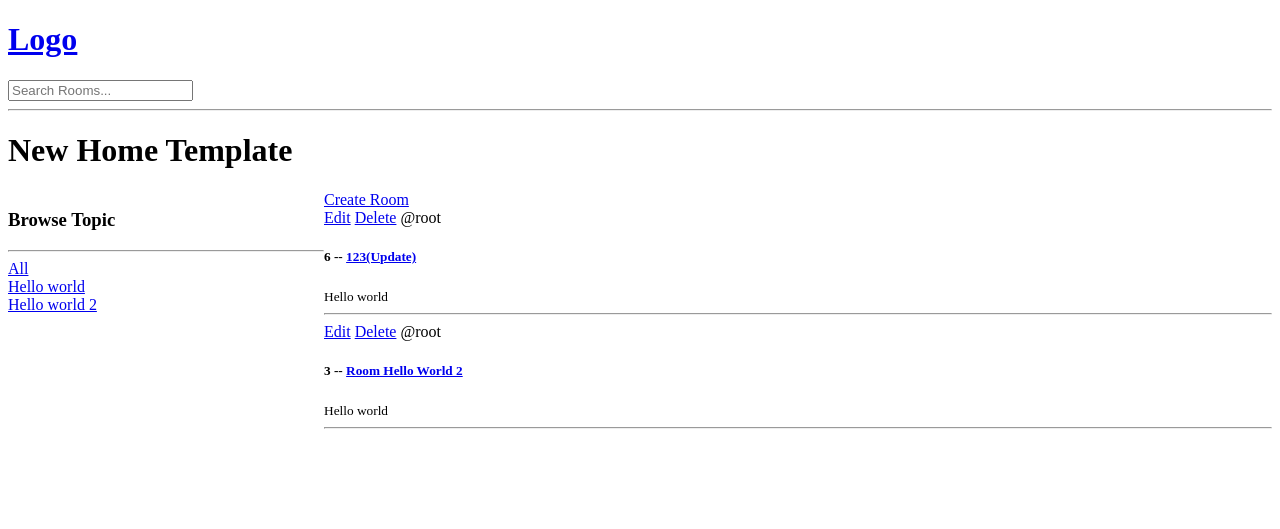
Repository: DZESU/studybug_django
Page: http://localhost/
These files come from the project's save history. The page is drawn as it stood at one moment and after the next save; the edit follows.
The browser window is 1280 px wide. The pictures show the whole page.
The page is served by the project's application, run on Django 4.2 (manage.py). Other server files are loaded and not shown. The page reads the database file committed with the project.

Above is the page before, as saved 2022-08-02 22:48:03.

### base/templates/base/home.html
{% extends 'main.html' %} {% block content %}

<style>
    .home-container{
        display: grid;
        grid-template-columns: 1fr 3fr;
    }
</style>
<h1>New Home Template</h1>

<div class="home-container">
  <div>
    <h3>Browse Topic</h3>
    <hr>
    <a href="{%url 'home'%}">All</a>
    <br>
    {% for topic in topics %}
    <a href="{%url 'home'%}?q={{topic.name}}">{{topic.name}}</a>
    <br>

    {% endfor %}
  </div>

  <div>
    <a href="{% url 'create-room' %}">Create Room</a>

  <div>
    {% for room in rooms %}
    <div>
      <a href="{% url 'update-room' room.id%}">Edit</a>
      <a href="{% url 'delete-room' room.id%}">Delete</a>
      <span>@{{room.host.username}}</span>
      <h5>
        {{room.id}} -- <a href='{% url "room" room.id %}'>{{room.name}}</a>
      </h5>
      <small>{{room.topic.name}}</small>
      <hr>
    </div>
    {% endfor %}
  </div>

  </div>
  </div>
{% endblock content %}

### templates/main.html
<!DOCTYPE html>
<html lang="en">
<head>
    <meta charset="UTF-8">
    <meta http-equiv="X-UA-Compatible" content="IE=edge">
    <meta name="viewport" content="width=device-width, initial-scale=1.0">
    <title>Pory</title>
</head>
<body>
    {% include 'navbar.html' %}
    {% block content %}

    {% endblock %}
</body>

</html>

### templates/navbar.html
<a href="/">
    <h1>
        Logo
    </h1>
</a>

<form method="get" action="{% url 'home' %}">
    <input type="text" name="q" placeholder="Search Rooms..."/>
</form>

<hr>

### base/models.py
from pyexpat import model
from django.db import models
from django.contrib.auth.models import User

# Create your models here.


class Topic(models.Model):
    name = models.TextField(max_length=200)

    def __str__(self) -> str:
        return self.name


class Room(models.Model):
    host = models.ForeignKey(User, on_delete=models.SET_NULL, null=True)
    topic = models.ForeignKey(Topic, on_delete=models.SET_NULL, null=True)
    name = models.CharField(max_length=200)
    description = models.TextField(null=True, blank=True)
    # participents =
    updated = models.DateTimeField(auto_now=True)
    created = models.DateTimeField(auto_now_add=True)

    class Meta:
        ordering = ['-updated', '-created']

    def __str__(self) -> str:
        return self.name


class Message(models.Model):
    user = models.ForeignKey(User, on_delete=models.CASCADE)
    room = models.ForeignKey(Room, on_delete=models.CASCADE)
    body = models.TextField()
    updated = models.DateTimeField(auto_now=True)
    created = models.DateTimeField(auto_now_add=True)

    def __str__(self) -> str:
        return self.body[0:50]

### base/views.py
from django.http import HttpRequest, HttpResponse
from django.shortcuts import redirect, render
from django.db.models import Q
from .models import Room, Topic
from .forms import RoomForm

# Create your views here.
# rooms = [
#     {'id': 1, 'name': "Learn Pyhton 1"},
#     {'id': 2, 'name': "Learn Pyhton 2"},
#     {'id': 3, 'name': "Learn Pyhton 3"},
# ]


def home(request:HttpRequest):
    query = request.GET.get('q') if request.GET.get('q') != None else ''
    rooms = Room.objects.filter(Q(topic__name__icontains = query) | Q(name__icontains = query) | Q(description__icontains = query))
    topics = Topic.objects.all()
    context = {'rooms': rooms, 'topics': topics}
    return render(request, 'base/home.html', context)


def room(request, pk):
    room = None
    for i in rooms:
        if i['id'] == int(pk):
            room = i
    context = {"room": room}
    return render(request, 'room.html', context)


def createRoom(request):
    form = RoomForm()
    if request.method == 'POST':
        form = RoomForm(request.POST)
        if form.is_valid:
            form.save()
            return redirect('home')
    context = {'form': form}
    return render(request, 'base/room_form.html', context)


def updateRoom(request, pk):
    room = Room.objects.get(id=pk)
    form = RoomForm(instance=room)
    if request.method == 'POST':
        form = RoomForm(request.POST, instance=room)
        if form.is_valid:
            form.save()
            return redirect('home')
    context = {'form': form}
    return render(request, 'base/room_form.html', context)

def deleteRoom(request, pk):
    room = Room.objects.get(id=pk)
    if request.method == 'POST':
        room.delete()
        return redirect('home')
    return render(request, 'base/delete.html', {'obj': room})

### studybud/urls.py
"""studybud URL Configuration

The `urlpatterns` list routes URLs to views. For more information please see:
    https://docs.djangoproject.com/en/4.0/topics/http/urls/
Examples:
Function views
    1. Add an import:  from my_app import views
    2. Add a URL to urlpatterns:  path('', views.home, name='home')
Class-based views
    1. Add an import:  from other_app.views import Home
    2. Add a URL to urlpatterns:  path('', Home.as_view(), name='home')
Including another URLconf
    1. Import the include() function: from django.urls import include, path
    2. Add a URL to urlpatterns:  path('blog/', include('blog.urls'))
"""
from django.contrib import admin
from django.http import HttpResponse
from django.urls import path, include


urlpatterns = [
    path('admin/', admin.site.urls),
    path('', include('base.urls'))

]

### base/urls.py

from django.urls import path
from . import views


urlpatterns = [
    path('', views.home, name='home'),
    path('room/<str:pk>/', views.room, name='room'),
    path('create-room/', views.createRoom, name='create-room'),
    path('update-room/<str:pk>/', views.updateRoom, name='update-room'),
    path('delete-room/<str:pk>/', views.deleteRoom, name='delete-room'),
]

### db.sqlite3 (the tables this page reads, as SQL)
CREATE TABLE "auth_user" ("id" integer NOT NULL PRIMARY KEY AUTOINCREMENT, "password" varchar(128) NOT NULL, "last_login" datetime NULL, "is_superuser" bool NOT NULL, "username" varchar(150) NOT NULL UNIQUE, "last_name" varchar(150) NOT NULL, "email" varchar(254) NOT NULL, "is_staff" bool NOT NULL, "is_active" bool NOT NULL, "date_joined" datetime NOT NULL, "first_name" varchar(150) NOT NULL);
INSERT INTO "auth_user" VALUES
(1, 'pbkdf2_sha256$320000$UrW1pq03xRyNQyrafn6517$P1zXKqc2rbYuAbbZQF6K2nNt7FzLmm3nQD8cYA/meyY=', '2022-08-01 15:19:26.438615', 1, 'root', '', 'root@email.com', 1, 1, '2022-08-01 15:19:20.515408', '');

CREATE TABLE "base_room" ("id" integer NOT NULL PRIMARY KEY AUTOINCREMENT, "name" varchar(200) NOT NULL, "description" text NULL, "updated" datetime NOT NULL, "created" datetime NOT NULL, "host_id" integer NULL REFERENCES "auth_user" ("id") DEFERRABLE INITIALLY DEFERRED, "topic_id" bigint NULL REFERENCES "base_topic" ("id") DEFERRABLE INITIALLY DEFERRED);
INSERT INTO "base_room" VALUES
(3, 'Room Hello World 2', '', '2022-08-01 15:38:10.107798', '2022-08-01 15:38:10.107798', 1, 1),
(6, '123(Update)', '123', '2022-08-02 15:10:48.607938', '2022-08-02 14:54:10.459101', 1, 1);

CREATE TABLE "base_topic" ("id" integer NOT NULL PRIMARY KEY AUTOINCREMENT, "name" text NOT NULL);
INSERT INTO "base_topic" VALUES
(1, 'Hello world'),
(2, 'Hello world 2');

After the next save:
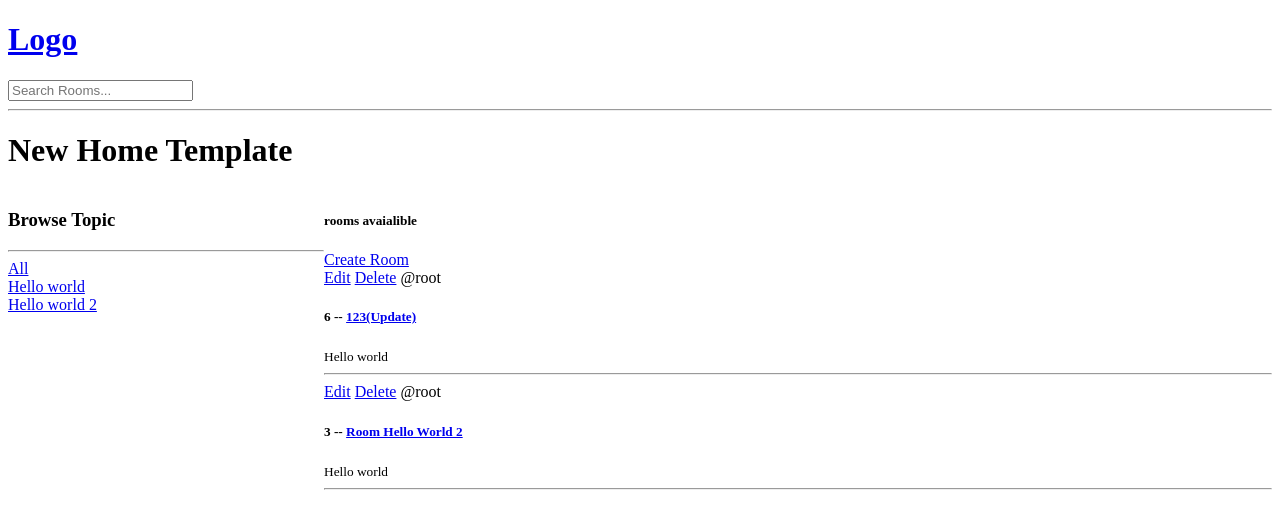
Saved 93 s later.
--- a/base/templates/base/home.html
+++ b/base/templates/base/home.html
@@ -22,6 +22,7 @@
   </div>
 
   <div>
+    <h5>{{room_count}} rooms avaialible</h5>
     <a href="{% url 'create-room' %}">Create Room</a>
 
   <div>
